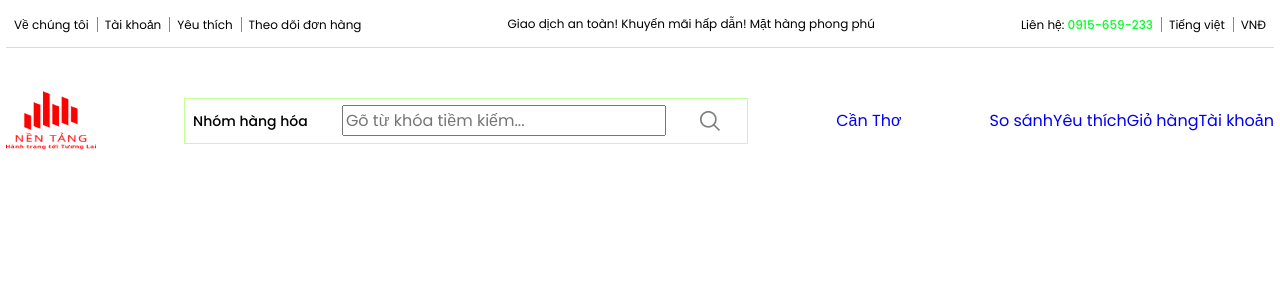
Repository: DucNghia2004/project_pro_01
Page: index.html
The author's editor kept a copy of each file at every save. The page is drawn from the files as they stood at one save, then again after the next save.
The browser window is 1280 px wide. The pictures show the whole page.

Above is the page before, as saved 2024-05-30 21:29:55.

After the next save:
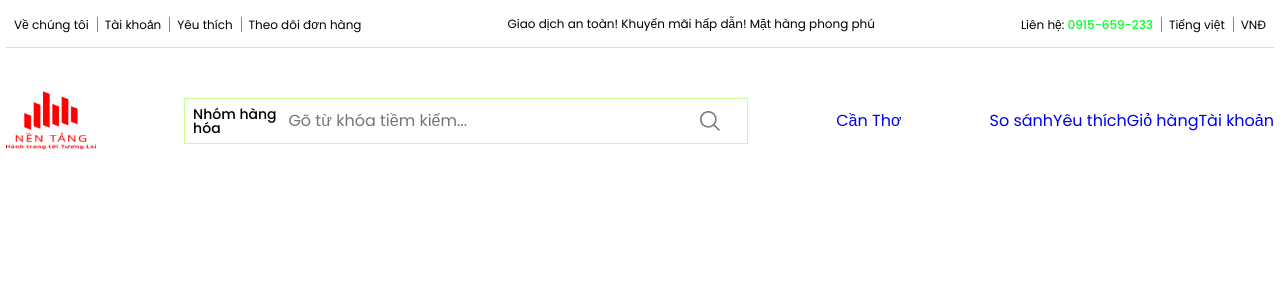
Saved 47 s later.
--- a/assets/css/styles.css
+++ b/assets/css/styles.css
@@ -153,6 +153,14 @@ a {
     font-weight: 500;
 }
 
+.search-form__input {
+    width: 100%;
+    height: 100%;
+    padding: 0 8px;
+    border: none;
+    outline: none;
+}
+
 .info-consumer__list {
     display: flex;
 }
